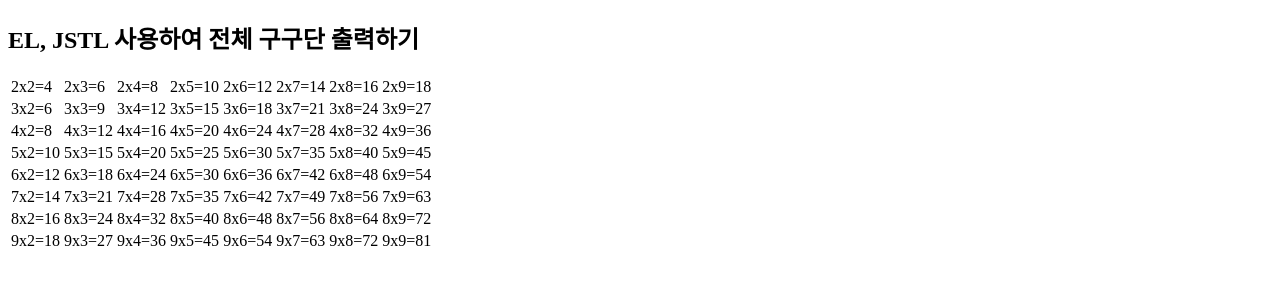
Repository: nobley3/EclipseIDE
Page: http://localhost/ELprj0908실습/quiz7
An editor plug-in stored every save of this project. The page is shown before and after the next save, followed by the edit.
The browser window is 1280 px wide. The pictures show the whole page.
The page is served by Tomcat 9. Other server files are loaded and not shown.

Above is the page before, as saved 2023-09-08 06:22:05.

### ELprj0908실습/src/main/webapp/WEB-INF/views/quiz7.jsp
<%@ page language="java" contentType="text/html; charset=UTF-8"
    pageEncoding="UTF-8"%>
    <%@ taglib uri="http://java.sun.com/jsp/jstl/core" prefix="c" %>
<!DOCTYPE html>
<html>
<head>
<meta charset="UTF-8">
<title>Insert title here</title>
</head>
<body>
<h2>EL, JSTL 사용하여 전체 구구단 출력하기 </h2>

<table>
<c:forEach var="i" begin="2" end="9">
<tr>
<c:forEach var="j" begin="2" end="9">

<td>${i}x${j}=${i*j}</td>
</c:forEach>
</tr>
</c:forEach>
</table>

</body>
</html>

### ELprj0908실습/src/main/java/practice/Q_07.java
package practice;
import java.io.IOException;

import javax.servlet.ServletException;
import javax.servlet.annotation.WebServlet;
import javax.servlet.http.HttpServlet;
import javax.servlet.http.HttpServletRequest;
import javax.servlet.http.HttpServletResponse;
@WebServlet("/quiz7")
public class Q_07 extends HttpServlet{
@Override
protected void doGet(HttpServletRequest req, HttpServletResponse resp) throws ServletException, IOException {



	req.getRequestDispatcher("WEB-INF/views/quiz7.jsp").forward(req, resp);
}

}

After the next save:
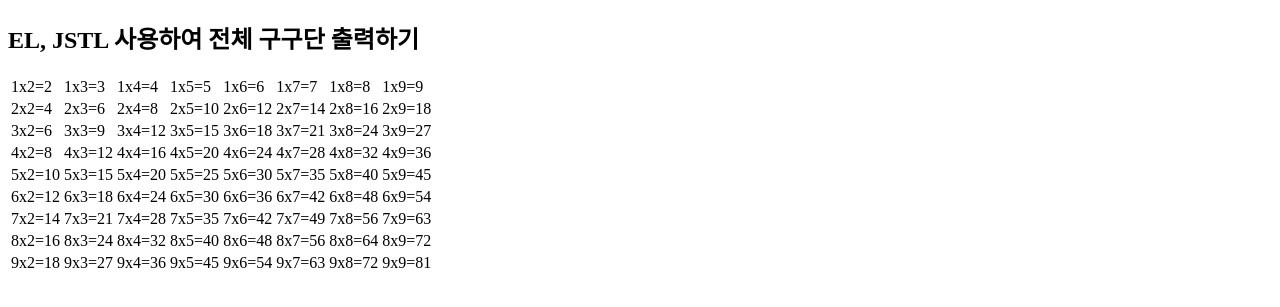
Saved 9 s later.
--- a/ELprj0908실습/src/main/webapp/WEB-INF/views/quiz7.jsp
+++ b/ELprj0908실습/src/main/webapp/WEB-INF/views/quiz7.jsp
@@ -11,7 +11,7 @@
 <h2>EL, JSTL 사용하여 전체 구구단 출력하기 </h2>
 
 <table>
-<c:forEach var="i" begin="2" end="9">
+<c:forEach var="i" begin="1" end="9">
 <tr>
 <c:forEach var="j" begin="2" end="9">
 

After the save that followed:
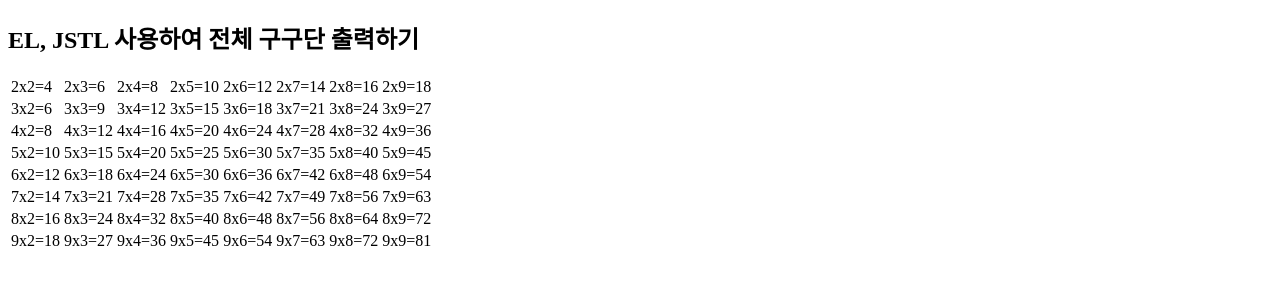
Saved 24 s later.
--- a/ELprj0908실습/src/main/webapp/WEB-INF/views/quiz7.jsp
+++ b/ELprj0908실습/src/main/webapp/WEB-INF/views/quiz7.jsp
@@ -11,7 +11,7 @@
 <h2>EL, JSTL 사용하여 전체 구구단 출력하기 </h2>
 
 <table>
-<c:forEach var="i" begin="1" end="9">
+<c:forEach var="i" begin="2" end="9">
 <tr>
 <c:forEach var="j" begin="2" end="9">
 
